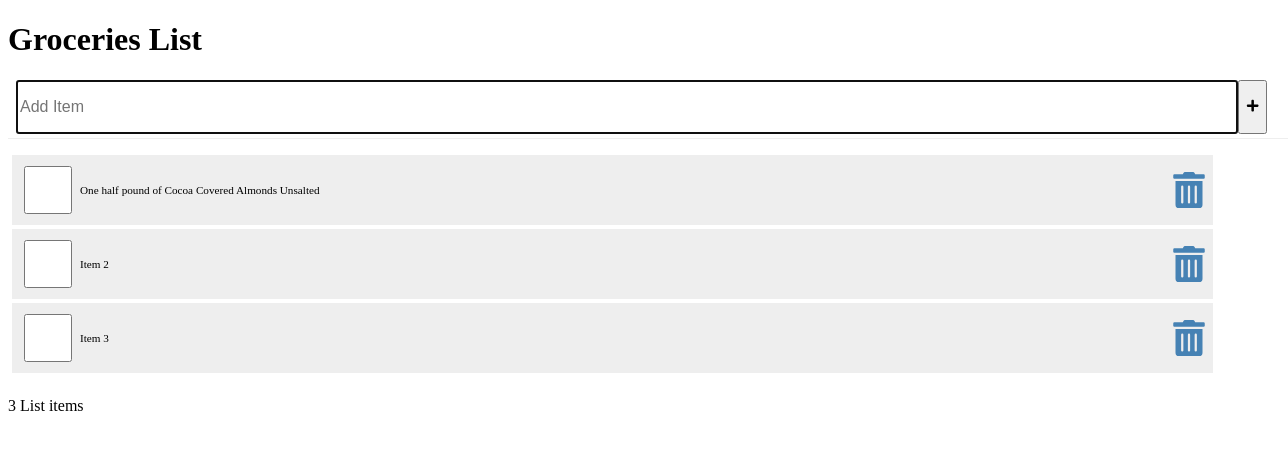
Repository: akinmiday/react-series
Page: /
The author's editor kept a copy of each file at every save. The page is drawn from the files as they stood at one save, then again after the next save.
The browser window is 1280 px wide. The page is 1288 px wide, so the pictures cover 1288 px, including what lies to the right of the window. The pictures show the whole page.
The project was rebuilt for these pictures with package versions that can differ from the ones it lists, and the page was loaded fresh each time. Also part of the build but not shown: vite.config.js, src/index.css.

Above is the page before, as saved 2023-08-22 06:16:04.

### src/App.jsx
import { useState } from 'react'
import './App.css'
import Content from './Content'
import Footer from './Footer'
import Header from './Header'
import AddItem from './AddItem'

const App = () => {
  const [items, setItems] = useState([
    {
      id: 1,
      checked: false,
      item: "One half pound of Cocoa Covered Almonds Unsalted"
    },
    {
      id: 2,
      checked: false,
      item: "Item 2"
    },
    {
      id: 3,
      checked: false,
      item: "Item 3"

    }
  ])

  const handleCheck = (id) => {
    const listItems = items.map((item) => item.id === id ? { ...item, checked: !item.checked } : item)
    setItems(listItems)
    localStorage.setItem("shoppinglist", JSON.stringify(listItems))
  }

  const handleDelete = (id) => {
    const listItems = items.filter((item) => item.id !== id)
    setItems(listItems)
    localStorage.setItem("shoppinglist", JSON.stringify(listItems))
  }

  return (
    <>
      <Header title="Groceries List" />
      <AddItem />
      <Content
        items={items}
        handleCheck={handleCheck}
        handleDelete={handleDelete}
      />
      <Footer length={items.length} />
    </>
  )
}

export default App

### src/App.css
ul {
    width: 95%;
    list-style: none;
    padding: 0 0.25rem 0.25rem;
}

ul li::before{
    content: "\200B";
}

.item{
    display: flex;
    justify-content: flex-start;
    align-items: center;
    padding: 0.5rem 0 0.5rem 0.5rem;
    margin: 0.25rem 0;
    background-color: #eee;
}

.item input[type="checkbox"] {
    text-align: center;
    width: 2.5rem;
    width: 48px;
    min-width: 48px;
    height: 2.5rem;
    height: 48px;
    min-height: 48px;
    cursor: pointer;
    margin-right: 0.5rem;
}

.item input[type="checkbox"]:focus + label{
text-decoration: underline;
}

.item > label{
    font-size: 0.7rem;
    flex-grow: 1;
}

.item svg{
    width: 48px;
    min-width: 48px;
    height: 36px;
    font-size: 2px;
    color: steelblue;
    cursor: pointer;
}

.item svg:focus,
.item svg:hover{
    color: red;
    outline: none;
}

.addForm{
    width: 100%;
    display: flex;
    justify-content: flex-start;
    margin: 0.5rem 0 0;
    padding: 0 0.5rem 0.25rem;
    border-bottom: 1px solid #eee;
}

.addForm label{
    position: absolute;
    left: -99999px;
}

.addForm input[type='text']{
    flex-grow: 1;
    max-width: calc(100% - 50px);
    min-height: 48px;
    font-size: 1rem;
    padding: ;
}

### src/Content.jsx
/* eslint-disable react/prop-types */

import ItemList from "./ItemList"


const Content = ({ items, handleCheck, handleDelete }) => {

    return (
        <>
            {items.length ? (
                <ItemList
                    items={items}
                    handleCheck={handleCheck}
                    handleDelete={handleDelete}
                />
            ) : (
                <p style={{ marginTop: '2rem' }} >Your List is empty</p >
            )}
        </>
    )
}

export default Content

### src/Footer.jsx
// eslint-disable-next-line react/prop-types
const Footer = ({ length }) => {

  return (
    <div>
      <p>{length} List {length <= 1 ? "item" : "items"}  </p>
    </div>
  )
}

export default Footer

### src/Header.jsx
// eslint-disable-next-line react/prop-types
const Header = ({ title }) => {
    return (
        <header>
            <h1>{title}</h1>
        </header>
    )
}

export default Header

### src/AddItem.jsx
import { FaPlus } from "react-icons/fa"
function AddItem() {
    return (
        <form className="addForm">
            <label htmlFor="addItem">Add Item</label>
            <input
                autoFocus
                id="addItem"
                type="text"
                placeholder="Add Item"
                required
            />
            <button
                type="submit"
                aria-label="Add Item">
                <FaPlus />
            </button>

        </form>
    )
}

export default AddItem

### src/ItemList.jsx
/* eslint-disable react/prop-types */
import LineItem from "./LineItem"

const ItemList = ({ items, handleCheck, handleDelete }) => {
    return (
        <ul>
            {items.map((item) => (
                <LineItem
                    key={item.id}
                    item={item}
                    handleCheck={handleCheck}
                    handleDelete={handleDelete}
                />
            ))}
        </ul>
    )
}

export default ItemList

### src/LineItem.jsx
/* eslint-disable react/prop-types */
import { FaTrashAlt } from "react-icons/fa"

const LineItem = ({ item, handleCheck, handleDelete }) => {
    return (
        <li className='item'>
            <input
                type='checkbox'
                checked={item.checked}
                onChange={() => handleCheck(item.id)}
            />
            <label
                style={(item.checked) ? { textDecoration: 'line-through' } : null}
                onDoubleClick={() => handleCheck(item.id)}
            >{item.item}</label>
            <FaTrashAlt
                onClick={() => handleDelete(item.id)}
                role='button'
                tabIndex="0"
                aria-label={`Delete ${item.item}`}
            />
        </li>
    )
}

export default LineItem

Loaded but not shown: index.html (common file); src/main.jsx (common file)

After the next save:
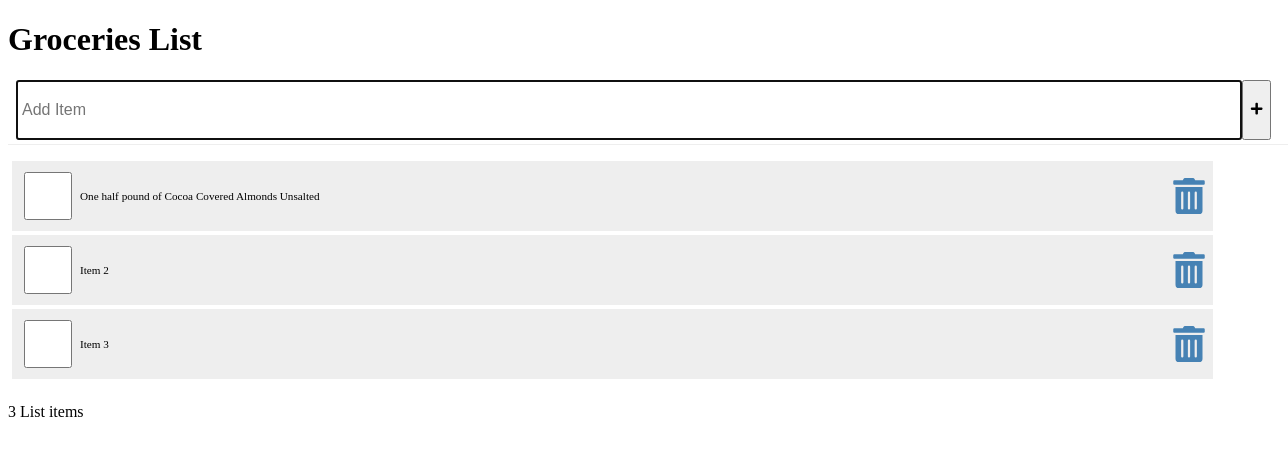
Saved 21 s later.
--- a/src/App.css
+++ b/src/App.css
@@ -72,5 +72,5 @@ text-decoration: underline;
     max-width: calc(100% - 50px);
     min-height: 48px;
     font-size: 1rem;
-    padding: ;
+    padding: 0.25rem ;
 }
